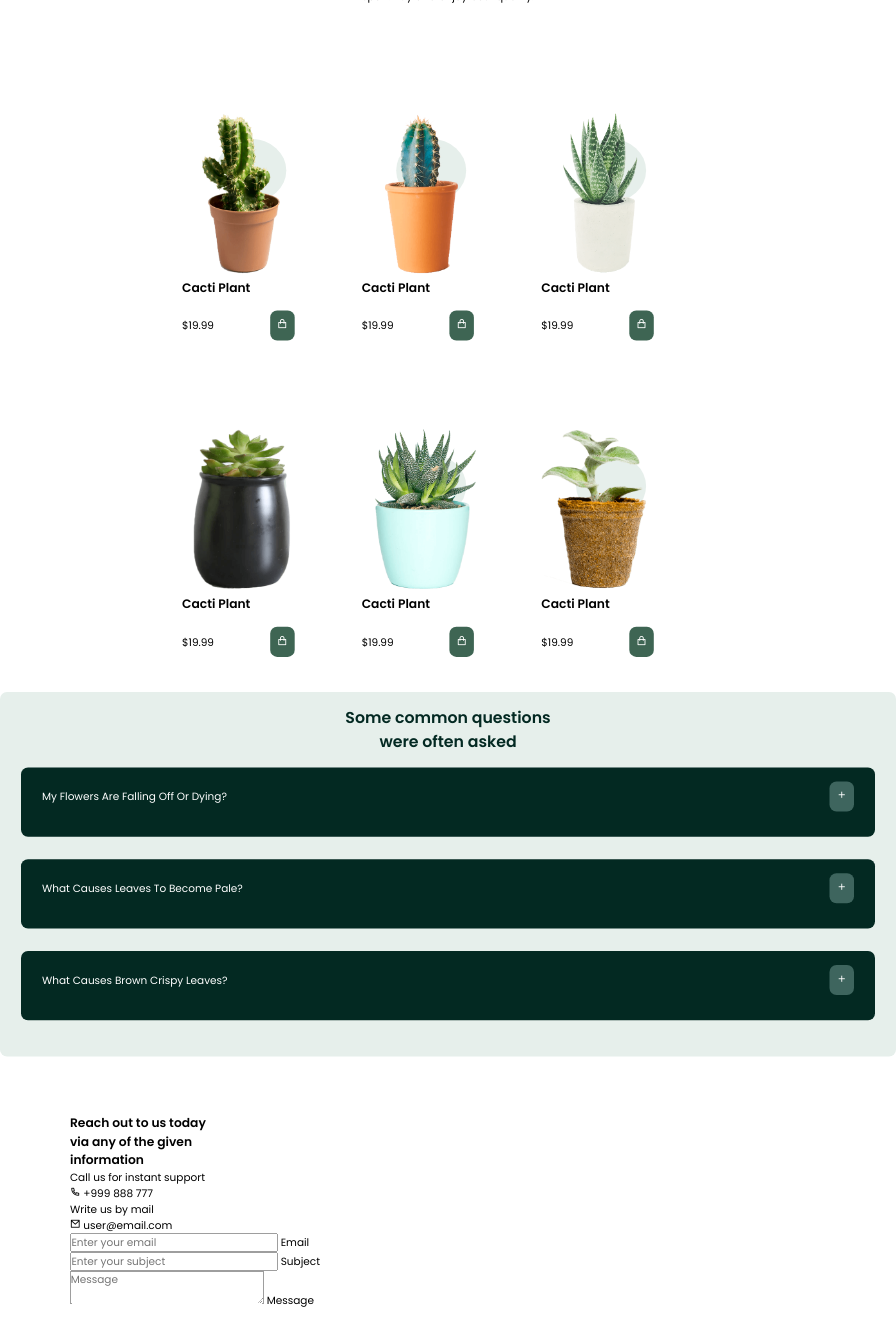
Repository: OmniaRafat232111121/plantwebsite
Page: index.html
An editor plug-in stored every save of this project. The page is shown before and after a run of saves, followed by the edit.
The browser window is 1280 px wide. The pictures show the part of the page from y = 1818 to 3738 px (the page is 3738 px tall before and 3670 px after), at 70% of full size.

Above is the page before, as saved 2023-01-05 15:18:07.

### index.html
<!DOCTYPE html>
<html lang="en">
<head>
    <meta charset="UTF-8">
    <meta http-equiv="X-UA-Compatible" content="IE=edge">
    <meta name="viewport" content="width=device-width, initial-scale=1.0">
    <title>plant-website</title>
      <!--icon web-->
    <link rel="shortcut icon" href="assets/img/favicon.png" type="image/x-icon">
    <!--css style-->
    <link rel="stylesheet" href="./assets/css/styles.css">
    <!--remix icon-->
    <link href="https://cdn.jsdelivr.net/npm/remixicon@2.5.0/fonts/remixicon.css" rel="stylesheet">

</head>
<body>
<!--header-->
<header class="header" id="header">
<div class="container-header">
    <a class="nav_logo">
   <i class="ri-leaf-line nav_logo-icon "></i>Plantex
</a>

<nav class="nav_menu" id="nav_menu">
    <ul class="nav_list" id="nav_list">
        <li class="nav_item" id="nav_item">
                            <a href="#home" class="nav_link active-link">Home</a>
                        </li>
                        <li class="nav__item">
                            <a href="#about" class="nav_link">About</a>
                        </li>
                        <li class="nav__item">
                            <a href="#products" class="nav_link">Products</a>
                        </li>
                        <li class="nav__item">
                            <a href="#faqs" class="nav_link">FAQs</a>
                        </li>
                        <li class="nav__item">
                            <a href="#contact" class="nav_link">Contact Us</a>
                        </li>
                        <li class="mood">
       <i class= "ri-moon-line change-theme" id="theme-button"></i>

    </li>



    </ul>

    <div class="nav-close" id="nav_close">
        <i class="ri-close-line"></i>

    </div>
    <div  class="nav-btns">
   <i class= "ri-moon-line change-theme" id="theme-button"></i>
    <div class="nav-toggle" id="navToggle">
      <i class="ri-menu-line"></i>
    </div>
   </div>
    </div>
</nav>
</div>

</header>


    <!--home start-->
    <section class="home" id="home">
        <div class="home-container">
            <div class="left-content">
                <h1 class="home-title">plants will make <br>
                    your life better</h1>
                <p class="home-des">Create incredible plant design for your offices or apastaments. Add fresness to your new ideas.</p>
              <a>Explore<i class="ri-arrow-right-down-line button__icon"></i></a>
            </div>
            <div class="right-content">
            <img src="./assets/img/home.png" alt=""/>
            <div class=social_icons>
                 <span class="home__social-follow">Follow Us</span>

                        <div class="home__social-links">
                            <a href="https://www.facebook.com/" target="_blank" class="home__social-link">
                                <i class="ri-facebook-fill"></i>
                            </a>
                            <a href="https://www.instagram.com/" target="_blank" class="home__social-link">
                                <i class="ri-instagram-line"></i>
                            </a>
                            <a href="https://twitter.com/" target="_blank" class="home__social-link">
                                <i class="ri-twitter-fill"></i>
                            </a>
                        </div>

            </div>

        </div>

    </section>
 <!--home end-->
 <!--about start-->
 <section class="about" id="about">
    <div class="about-container">
        <div class="left-about">
          <img src="./assets/img/about.png" alt="image-about"/>
        </div>
        <div class="right-about">
            <h2 class="about-title">Who we really are &<br>why choose us</h2>
            <p class="about-desc">We have over 4000+ unbiased reviews and our customers trust our plant process and delivery service every time</p>
             <div class="about-deatails">
                <p class="about-description">
                      <i class="ri-checkbox-fill about__details-icon"></i>
                       We always deliver on time.
                </p>
                 <p class="about-description">
                      <i class="ri-checkbox-fill about__details-icon"></i>
                      We give you guides to protect and care for your plants.
                </p>

                 <p class="about-description">
                      <i class="ri-checkbox-fill about__details-icon"></i>
                      We give you guides to protect and care for your plants.
                </p>

                 <p class="about-description">
                      <i class="ri-checkbox-fill about__details-icon"></i>
                       We always deliver on time.
                </p>


             </div>
              <a href="#" class="button-link">
                            Shop Now <i class="ri-arrow-right-down-line button__icon"></i>
                        </a>
        </div>

    </div>

 </section>

 <!--about end-->
 <!--steps start-->
 <section class="steps">
    <div class="steps-container">
        <h2>Steps to start your<br>
            plants off right</h2>
            <div class="about-boxes">
                <div class="box">
                <span>01</span>
                <h3>Choose Plant</h3>
                <p>
                    We have several varieties
                    <br>plants you can choose from.
                </p>
                </div>
                  <div class="box">
                <span>02</span>
                <h3>Place an order</h3>
                <p>
                   Once your order is set, we<br>
                    move to the next step which<br>
                     is the shipping.
                </p>
                </div>

                 <div class="box">
                <span>03</span>
                <h3>Get plants delivered</h3>
                <p>
                   Our delivery process is easy,
                   <br> you receive the plant direct
                   <br>to your door.


                </p>
                </div>
            </div>

    </div>

 </section>
  <!--steps start-->
  <!--products start-->
  <section class="products" id="products">
    <div class="product-container">
        <div class="products-content">
        <h2>Check out our
            <br>products</h2>
            <p>Here are some selected plants from our showroom, all are in excellent shape and has a long life span. Buy and enjoy best quality.</p>
        </div>
        <div class="products-boxes">
            <div class="box">
                 <div class="product__circle"></div>
                <img src="./assets/img/product1.png" alt=""/>
                <h3>Cacti Plant</h3>
                <div>
                    <span>$19.99</span>
                     <button class="product_Button">
                            <i class="ri-shopping-bag-line"></i>
                        </button>
                </div>

            </div>
             <div class="box">
                 <div class="product__circle"></div>
                <img src="./assets/img/product2.png" alt=""/>
                <h3>Cacti Plant</h3>
                <div>
                    <span>$19.99</span>
                     <button class="product_Button">
                            <i class="ri-shopping-bag-line"></i>
                        </button>
                </div>

            </div>
             <div class="box">
                 <div class="product__circle"></div>
                <img src="./assets/img/product3.png" alt=""/>
                <h3>Cacti Plant</h3>
                <div>
                    <span>$19.99</span>
                     <button class="product_Button">
                            <i class="ri-shopping-bag-line"></i>
                        </button>
                </div>

            </div>
             <div class="box">
                 <div class="product__circle"></div>
                <img src="./assets/img/product4.png" alt=""/>
                <h3>Cacti Plant</h3>
                <div>
                    <span>$19.99</span>
                     <button class="product_Button">
                            <i class="ri-shopping-bag-line"></i>
                        </button>
                </div>

            </div>
             <div class="box">
                 <div class="product__circle"></div>
                <img src="./assets/img/product5.png" alt=""/>
                <h3>Cacti Plant</h3>
                <div>
                    <span>$19.99</span>
                     <button class="product_Button">
                            <i class="ri-shopping-bag-line"></i>
                        </button>
                </div>

            </div>
             <div class="box">
                 <div class="product__circle"></div>
                <img src="./assets/img/product6.png" alt=""/>
                <h3>Cacti Plant</h3>
                <div>
                    <span>$19.99</span>
                     <button class="product_Button">
                            <i class="ri-shopping-bag-line"></i>
                        </button>
                </div>

            </div>

        </div>

    </div>

  </section>
   <!--products end-->
   <!--question start-->
   <section class="question" id="faqs">
    <div class="title">
      <h2>Some common questions<br>
were often asked</h2>
    </div>
  <div class="section-question">


     <!--article one-->
      <article class="question">
        <div class="question-title">
         <p>My flowers are falling off or dying?</p>
         <button type="button" class="question-btn">
          <span class="plus-icon"><i class="ri-add-line"></i></span>
        <span class="minus-icon"><i class="ri-close-line"></i></span>
         </button>

        </div>
         <div class="question-text">
              <p>
               Plants are easy way to add color energy and transform your space but which planet is for you. Choosing the right plant.
              </p>
            </div>

    </article>
     <!--article two-->
      <article class="question">
        <div class="question-title">
         <p>What causes leaves to become pale?</p>
         <button type="button" class="question-btn">
          <span class="plus-icon"><i class="ri-add-line"></i></span>
        <span class="minus-icon"><i class="ri-close-line"></i></span>
         </button>

        </div>
         <div class="question-text">
              <p>
               Plants are easy way to add color energy and transform your space but which planet is for you. Choosing the right plant.
              </p>
            </div>

    </article>
    <!--article three-->
      <article class="question">
        <div class="question-title">
         <p>What causes brown crispy leaves?</p>
         <button type="button" class="question-btn">
          <span class="plus-icon"><i class="ri-add-line"></i></span>
        <span class="minus-icon"><i class="ri-close-line"></i></span>
         </button>

        </div>
         <div class="question-text">
              <p>
           Plants are easy way to add color energy and transform your space but which planet is for you. Choosing the right plant.
              </p>
            </div>

    </article>



  </div>

  </section>
 <!--question end-->
 <!--contact start-->
 <section class="contact" id="contact">
    <div class="contact-container">
        <div class="right-contact">
         <h3 class="contact-title">Reach out to us today<br>
          via any of the given<br>
          information</h3>
          <div class="call-contact">
            <p>Call us for instant support</p>
            <span>
            <i class="ri-phone-line"></i>
                +999 888 777
            </span>

          </div>
           <div class="mail-contact">
            <p>Write us by mail</p>
            <span>
            <i class="ri-mail-line"></i>
               user@email.com
            </span>

          </div>
        </div>
        <div class="left-contact">
        <form action="" class="contact__form">
            <div class="inputs-contact">
             <div class="contact_content">
            <input type="email" placeholder="Enter your email ">
            <label for="" class="contact_label">Email</label>
                 </div>
                 <div class="contact_content">
            <input type="text" placeholder="Enter your subject ">
            <label for="" class="contact_label">Subject</label>
                 </div>
                 <div class="contact_content">
                    <textarea name="message" placeholder="Message "></textarea>
                                <label for="" class="contact_label">Message</label>
                            </div>

            </div>

        </form>
        </div>

    </div>

 </section>
  <!--contact end-->
   <script src="./assets/js/main.js"></script>
</body>
</html>

### assets/css/styles.css
/*=============== GOOGLE FONTS ===============*/
@import url('https://fonts.googleapis.com/css2?family=Poppins:wght@400;500;600;700&display=swap');

/*=============== VARIABLES CSS ===============*/
:root {
  --header-height: 3.5rem; /*56px*/

  /*========== Colors ==========*/
  /*Color mode HSL(hue, saturation, lightness)*/
  --black:#000;
  --green:#3e655e;
  --bold-green:#032922;


  /*========== Font and typography ==========*/
  /*.5rem = 8px | 1rem = 16px ...*/
  --body-font: 'Poppins', sans-serif;
  --big-font-size: 2rem;
  --h1-font-size: 1.5rem;
  --h2-font-size: 1.25rem;
  --h3-font-size: 1rem;
  --normal-font-size: .938rem;
  --small-font-size: .813rem;
  --smaller-font-size: .75rem;

  /*========== Font weight ==========*/
  --font-medium: 500;
  --font-semi-bold: 600;

  /*========== Margenes Bottom ==========*/
  /*.5rem = 8px | 1rem = 16px ...*/
  --mb-0-5: .5rem;
  --mb-0-75: .75rem;
  --mb-1: 1rem;
  --mb-1-5: 1.5rem;
  --mb-2: 2rem;
  --mb-2-5: 2.5rem;

  /*========== z index ==========*/
  --z-tooltip: 10;
  --z-fixed: 100;
}



/*=============== BASE ===============*/
*{
  box-sizing: border-box;
  padding: 0;
  margin: 0;
}

html{
  scroll-behavior: smooth;
}

body,
button,
input,
textarea{
  font-family: var(--body-font);
  font-size: var(--normal-font-size);
}

body{
  margin: var(--header-height) 0 0 0;
  background-color: var(--body-color);
  color: var(--text-color);
  transition: .4s; /*For animation dark mode*/
}

button{
   cursor: pointer;
  border: none;
  outline: none;
}

h1,h2,h3{
  color: var(--title-color);
  font-weight: var(--font-semi-bold);
}

ul{
  list-style: none;
}

a{
  text-decoration: none;
}

img{
  max-width: 100%;
  height: auto;
}
/*========== resuable component ==========*/



/*========Header========*/
 header{
  background-color: #fff;
  position: fixed;
  top:0;
  left:0;
  width:100%;
  z-index:1000;
  transition: 0.3s;
}
.container-header{
  display:flex;
  align-items: center;
  justify-content: space-between;
  height:var(--header-height);
  padding:40px;
}
.nav_menu{

}
.nav_logo{
  text-transform: uppercase;
  display:inline-flex;
  align-items: center;
  column-gap: 10px;
  font-weight: bold;
  margin-left: 50px;
  cursor: pointer;
}
.nav_logo:hover{
  color:var(--green);
}
.nav_logo-icon{
   color:var(--green);
}
.nav_logo i:hover{
  color:var(--black);
}
nav ul li {
  display: inline-block;
  cursor: pointer;
  margin-left: 40px;
}
nav ul li a{
  color:var(--black);


}
.nav-btns{
  display: none;
}
.mood{
  margin-left: 40px;
  font-size: 20px;

}

.nav-close
{

  font-size: 1.5rem;
  position: relative;
  top: 70px;
  right: 1.25rem;
  cursor: pointer;
  display: none;


}

.nav-btns{
  font-size: 20px;
  cursor: pointer;
}
.active-link{
  position: relative;
  color: var(--black);
}
.active-link::after{
  content: '';
  position: absolute;
  bottom: -8px;
  left: 0;
  width: 50%;
  height: 2px;
  background-color: var(--green);
}
.nav_link:hover{
 color: var(--green);
 transition: 0.3s;
}
@media screen and (max-width: 767px){
.nav_list{
display: none;
}
.nav_logo{
  margin-left: -10px;
}

.nav-btns{
  display:inline-flex;
  align-items: center;
  column-gap: 20px;
  font-weight: bold;
  margin-right: -10px;
  cursor: pointer;
}

  .show-menu{

     position: fixed;
    background-color:#fff;
    width: 100%;
    height: 50%;
    top: 80px;
    right: 0px;
    transition: .3s;
    z-index: 1000;
    display:grid;
    justify-content: center;
    text-align: center;

 padding: 10px;




  }
  .show-menu {

  }
  .show-menu .mood .ri-moon-line{
    display: none;
  }




}

/*=====home======*/
.home{
  padding: 0 80px;
  position:relative;

}
.home-container{
display:grid;
grid-template-columns: repeat(auto-fit, minmax(250px, 1fr));
grid-gap:30px;
margin-top: 70px;

}
.home-container .left-content{
  margin-top: 70px;
}
.home-container .left-content .home-title{
  font-size: 30px;
}
.home-container .left-content .home-des{
  color:rgb(145, 145, 145);
  margin-top: 20px;
  margin-bottom: 30px;
}
.home-container .left-content a{
  background-color: var(--bold-green);
  color:#fff;
  padding:20px 30px;
  border-radius: 15px;

}
.home-container .left-content  i{
  margin-left: 10px;
}
.right-content img{
  max-width: 100%;
  width:85%;
  justify-self: center;
}

.social_icons{
  position: absolute;
  top: 220px;
  right: 50px;
  display: grid;
  justify-items: center;
  row-gap: 3.5rem;

}
.home__social-links {
  margin-top: 30px;

}
.home__social-links a{
 color:var(--green);
}
.home__social-links a:hover{
color:var(--black);
}
.home__social-follow{
  position:relative;
  transform: rotate(90deg);
}
.home__social-follow::before{
content: '';
  position: absolute;
  width: 30px;
  height: 2px;
  background-color: var(--green);
  right: -45%;
  top: 50%;
}
.home__social-follow::after{
content: '';
  position: absolute;
  width: 30px;
  height: 2px;
  background-color: var(--green);
  left: -45%;
  bottom: 50%;
}
.home__social-links{
    transform: rotate(90deg);
}
.left-content a:hover{
  background-color:#032922;
  color: #fff;
  cursor: pointer;

}
@media(max-width:767px){
.social_icons{
  position: absolute;
  top: 220px;
  right: 10px;
  display: grid;
  justify-items: center;
  row-gap: 3.5rem;

}
}
/*======about=======*/
.about{
  position: relative;
  padding:60px 100px;
}
.about-container{
  display:grid;
grid-template-columns: repeat(auto-fit, minmax(300px, 1fr));
grid-gap:20px;

}
.about-container .left-about img{
  max-width: 100%;
  width:70%;
}
.about-container .right-about .about-title{
  font-size: 30px;
  margin-bottom: 30px;

}
.about-container .right-about .about-desc{
  margin-bottom:20px;

}
.about-container .right-about .about-deatails .about-description{
  padding-bottom: 20px;
}
.about-container .button-link{
  color:var(--green);

}
.about-container .button-link{
  display:inline-flex;
  align-items: center;
  column-gap: 10px;

 color:var(--green);
  cursor: pointer;
}
.about-container .button-link:hover i{

color: var(--bold-green);

}
@media(max-width:767px){
  .right-about.about-title h2{
    font-size: 10px;

  }
  .right-about{
    font-size: 16px;
    padding:10px;

  }
  .about-container{
    margin-top: 30px;
  }
}
/*=======change-header========*/
.change-header{
  background-color: #3e655e;
  color:#fff;
}
.change-header .nav_logo i{
  color:#fff;
}
.change-header .nav_logo:hover{
  color:var(--bold-green);
}
.change-header .nav_link:hover{
  color:#fff;
}
/*======steps=======*/

.steps{
  position:relative;
  padding:60px;

}
.steps-container{
  width:100%;
 padding:20px 50px;
  background-color: #3e6553;
  border-radius: 15px;
  height:500px;
}
.steps-container h2{
  text-align: center;
  padding-top: 40px;
  color:#fff;
}
.about-boxes{
  display:grid;
grid-template-columns: repeat(auto-fit, minmax(300px, 1fr));
grid-gap:20px;
margin-top: 40px;

}
.about-boxes .box{
background-color: #fff;
   padding: 40px 40px;
   border-radius: 20px;

}
.about-boxes .box span{
  background-color: #3e6553 ;
  padding:20px;
  color:#fff;
  margin-bottom: 40px;
  border-radius: 10px;
  cursor: pointer;
  transition: 0.3s;


}

.box span:hover{

  color:#fff;
  background-color: #032922;


}
.about-boxes .box h3{
  margin-top: 30px;
}
/* .about-boxes .box:last-child{
  margin-right: 10px;
} */
@media(max-width:767px){

.steps-container{
  width:100%;
 padding:50px;
  background-color: #3e6553;
  border-radius: 15px;
  height:1100px;
}
.about-boxes{
  display:grid;
grid-template-columns: repeat(auto-fit, minmax(200px, 1fr));
grid-gap:20px;
margin-top: 40px;

}
.about-boxes .box{

   padding: 30px;


}

}
/*======products======*/
.products{
  padding:50px 260px;
  position:relative;
  display: grid;
  justify-content: center;
}
.products .products-content h2{
  text-align: center;
}
.products .products-content p{
  text-align: center;
  width:100%;

}
.products-boxes{
   display:grid;
grid-template-columns: repeat(auto-fit, minmax(200px, 1fr));
grid-gap:10px;
margin-top: 40px;
}
 .products-boxes .box img{
  max-width: 100%;
   position: relative;
  width: 70%;
  justify-self: center;
  transition: .3s;
}

.products-boxes.box{
  position:relative;

}
.box div{
  display:inline-flex;
  align-items: center;
  column-gap: 80px;
  margin-top: 20px;
  position: relative;
}
.box .product_Button{
  background-color:#3e6553;
  padding:10px;
  border-radius: 10px;
  color:#fff;
  font-size: 15px;
}
.product__circle{
  width: 100px;
  height: 90px;
  background-color: #e6efeb;
  border-radius: 50%;
  position: absolute;
  top: 30%;
  left: 20%;
}
/*==========question========*/

.question {
  background: #e6efeb;
  border-radius: 10px;
  padding: 20px 30px;
  margin-bottom: 2rem;
}
.section-question .question{
  background-color: #032922;
  margin-top: 20px;
}
.question-title {
  display: flex;
  justify-content: space-between;
  align-items: center;
  text-transform: capitalize;
  padding-bottom: 1rem;
}
.question .title h2{
   color: #032922;
  text-align: center;
}
.question-title p {
  margin-bottom: 0;
  letter-spacing: 1.2;
  color: #fff;
}
.question button{
    font-size: 15px;
    border-radius: 10px;
  background-color: var(--green);
  cursor: pointer;
  color: #fff;
  transition: 0.3s;
  padding:10px;
}
.question button:hover {
  transform: rotate(90deg);
}

.question-title{
  display:flex;
  align-items: center;
  justify-content: space-between;
}
.question-text {
  padding: 1rem 0 1.5rem 0;
  border-top: 1px solid #ffff;
}
.question-text p {
  margin-bottom: 0;
  color:#fff;
}

/* hide text */
.question-text {
  display: none;
}
.show-text .question-text {
  display: block;
}
.minus-icon {
  display: none;
}
.show-text .minus-icon {
  display: block;
}
.show-text .plus-icon {
  display: none;
}
/*=============== Contact ===============*/
.contact{
  position:relative;
  padding:50px 100px;
}
.contact-container{

}

Loaded but not shown: assets/js/main.js (27 lines, source omitted)

After the next 2 saves:
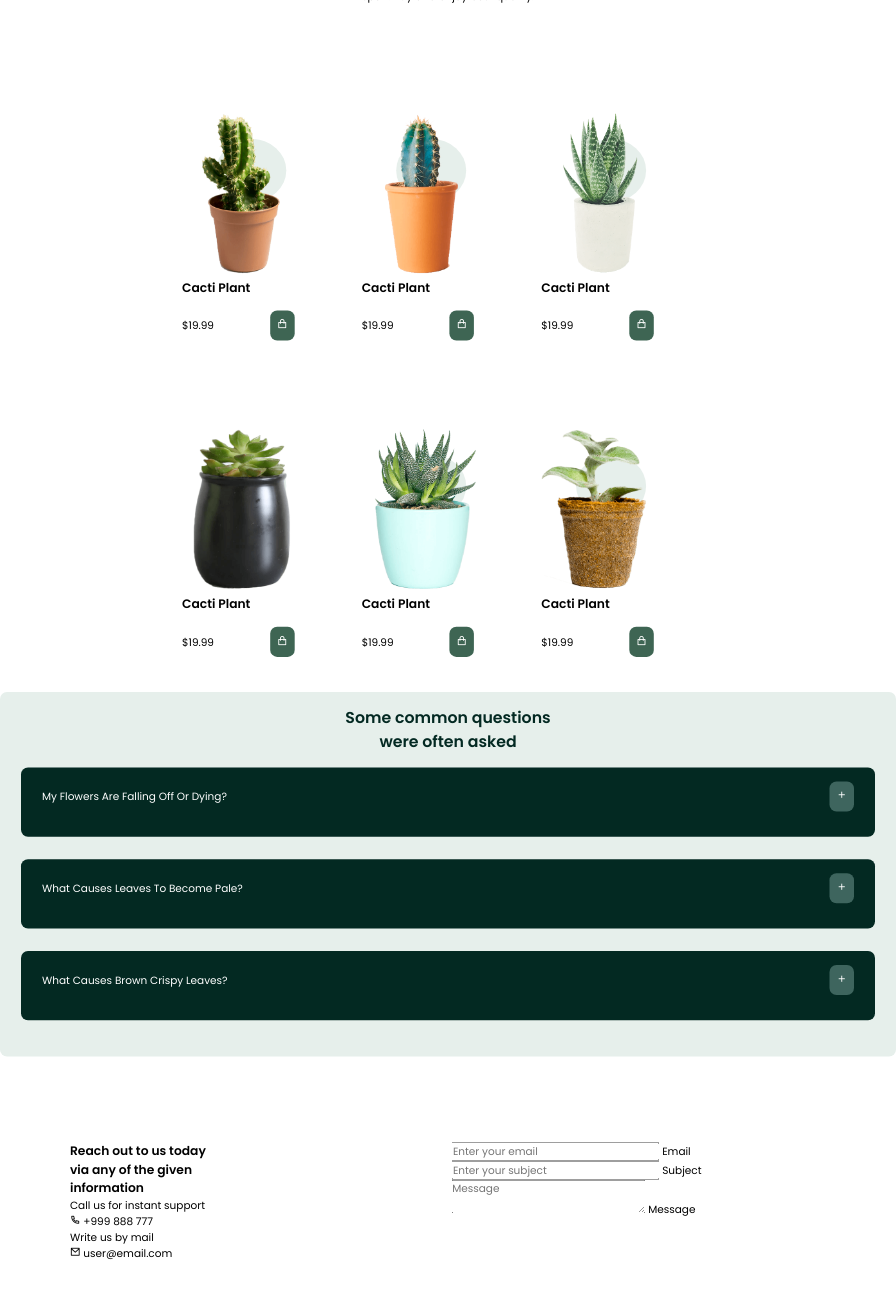
The 2 saves are shown as one change because they came seconds apart.
The last was saved 14 s later.
--- a/assets/css/styles.css
+++ b/assets/css/styles.css
@@ -623,5 +623,8 @@ margin-top: 40px;
   padding:50px 100px;
 }
 .contact-container{
-
-}
+display:grid;
+grid-template-columns: repeat(auto-fit, minmax(200px, 1fr));
+grid-gap:10px;
+margin-top: 40px;
+}
